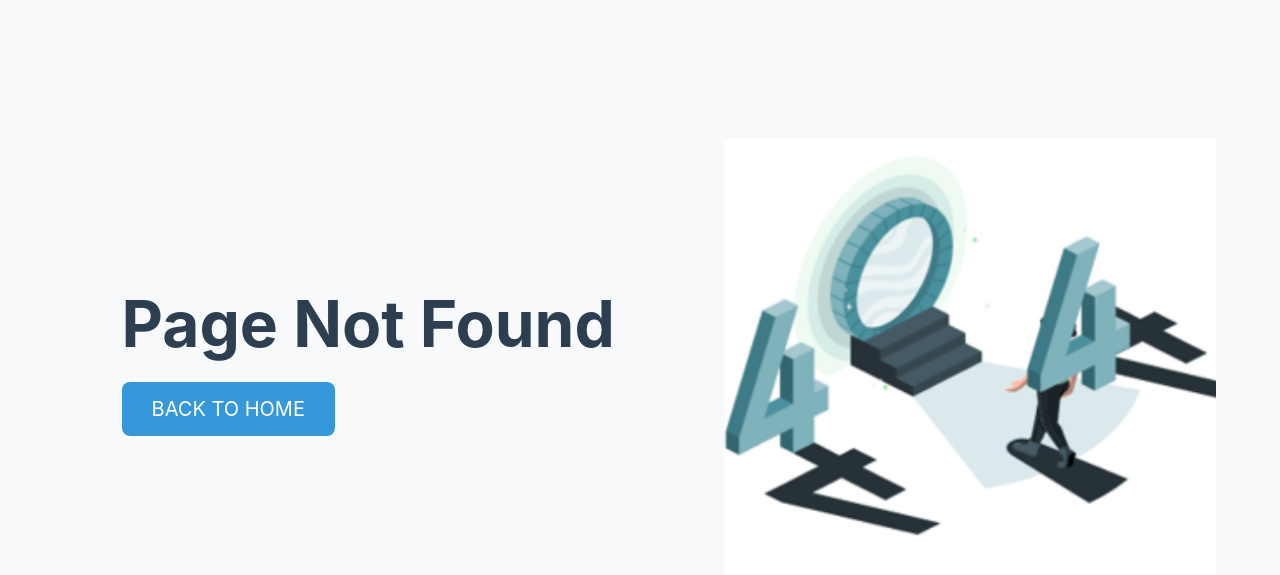
Repository: sarramz/ProjetBI-AI-dev
Page: /2
These files come from the project's save history. The page is drawn as it stood at one moment and after the next save; the edit follows.
The browser window is 1280 px wide. The pictures show the whole page.
The project was rebuilt for these pictures with package versions that can differ from the ones it lists, and the page was loaded fresh each time. Also part of the build but not shown: vite.config.js.

Above is the page before, as saved 2025-02-23 10:34:11.

After the next save:
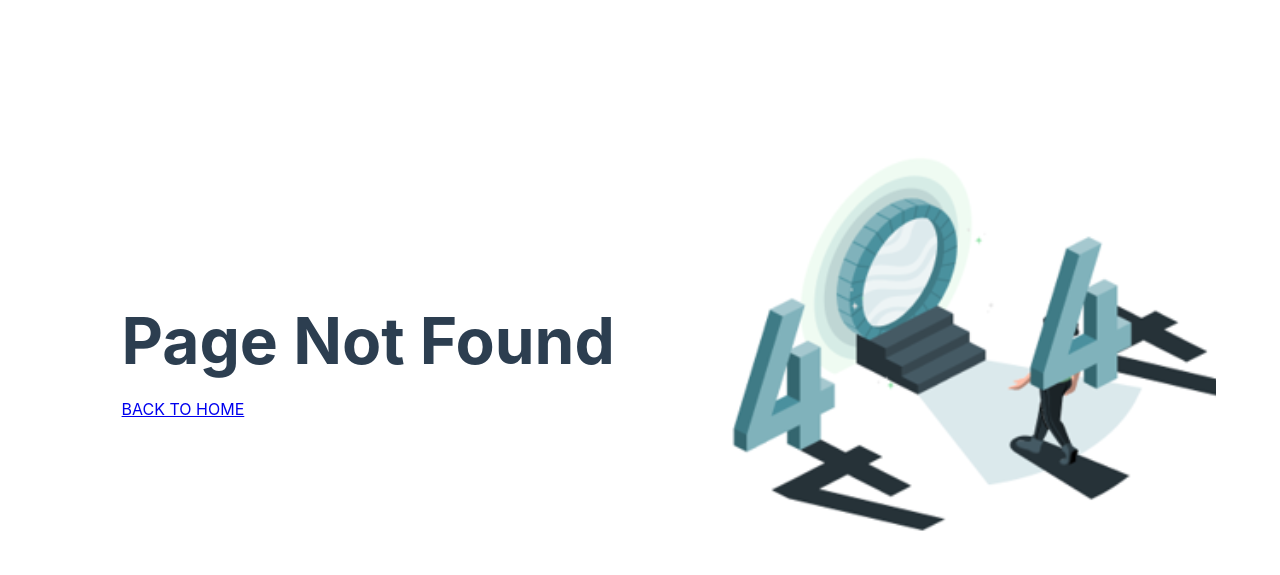
Saved 60 s later.
--- a/src/pages/style.css
+++ b/src/pages/style.css
@@ -11,7 +11,7 @@
   width: 100vw;
   height: 100vh;
   padding: 5%;
-  background-color: #f8f9fa; /* Fond léger pour un bon contraste */
+  background-color: white; /* ✅ Fond blanc */
 }
 
 .text-container {
@@ -21,34 +21,11 @@
 }
 
 .text-container h2 {
-  font-size: 64px; /* Plus grand pour bien remplir l'espace */
+  font-size: 64px;
   color: #2c3e50;
-  white-space: nowrap; /* Garde le texte sur une seule ligne */
+  white-space: nowrap;
 }
 
 .back-button {
   display: inline-block;
   margin-top: 20px;
-  padding: 15px 30px;
-  background-color: #3498db;
-  color: white;
-  text-decoration: none;
-  border-radius: 8px;
-  font-size: 20px;
-}
-
-.back-button:hover {
-  background-color: #2980b9;
-}
-
-.image-container {
-  flex: 1;
-  display: flex;
-  justify-content: flex-end; /* Décale l’image à droite */
-  align-items: center;
-}
-
-.image-container img {
-  width: 90%; /* L’image prend plus de place */
-  max-width: 700px; /* Taille max pour éviter qu'elle dépasse trop */
-}

After the save that followed:
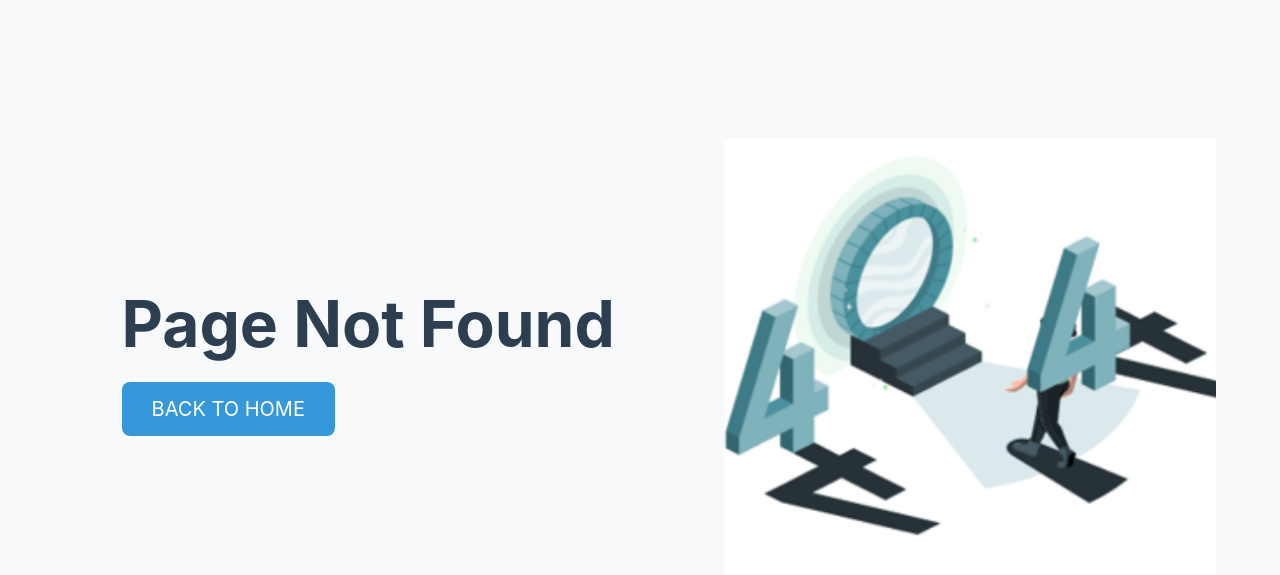
Saved 15 s later.
--- a/src/pages/style.css
+++ b/src/pages/style.css
@@ -11,7 +11,7 @@
   width: 100vw;
   height: 100vh;
   padding: 5%;
-  background-color: white; /* ✅ Fond blanc */
+  background-color: #f8f9fa; /* Fond léger pour un bon contraste */
 }
 
 .text-container {
@@ -21,11 +21,34 @@
 }
 
 .text-container h2 {
-  font-size: 64px;
+  font-size: 64px; /* Plus grand pour bien remplir l'espace */
   color: #2c3e50;
-  white-space: nowrap;
+  white-space: nowrap; /* Garde le texte sur une seule ligne */
 }
 
 .back-button {
   display: inline-block;
   margin-top: 20px;
+  padding: 15px 30px;
+  background-color: #3498db;
+  color: white;
+  text-decoration: none;
+  border-radius: 8px;
+  font-size: 20px;
+}
+
+.back-button:hover {
+  background-color: #2980b9;
+}
+
+.image-container {
+  flex: 1;
+  display: flex;
+  justify-content: flex-end; /* Décale l’image à droite */
+  align-items: center;
+}
+
+.image-container img {
+  width: 90%; /* L’image prend plus de place */
+  max-width: 700px; /* Taille max pour éviter qu'elle dépasse trop */
+}
